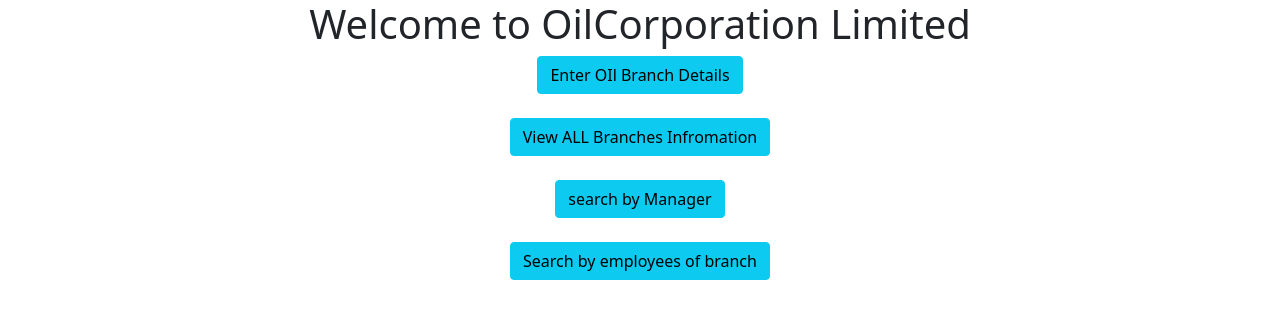
Repository: veerrajuMareddi/demo
Page: http://localhost/OilCorporation/views/index.jsp
These files come from the project's save history. The page is drawn as it stood at one moment and after the next save; the edit follows.
The browser window is 1280 px wide. The pictures show the whole page.
The page is served by Tomcat 9.

Above is the page before, as saved 2022-05-04 03:46:36.

After the next save:
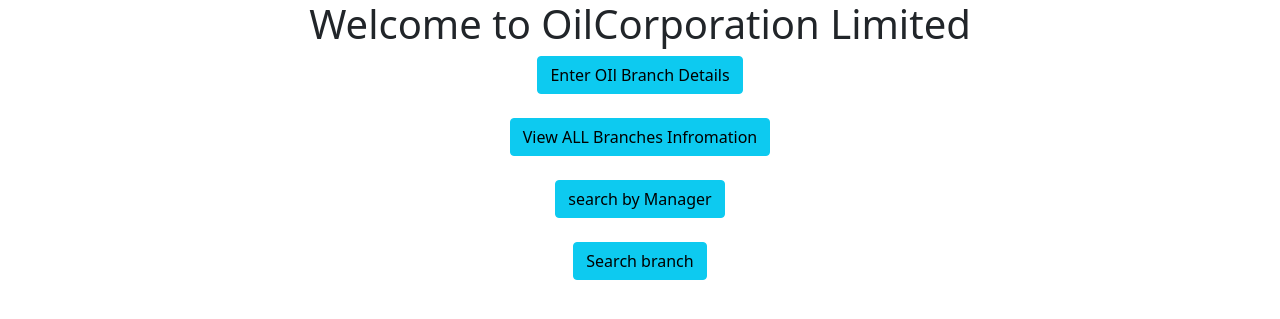
Saved 13 s later.
--- a/OilCorporation/src/main/webapp/views/index.jsp
+++ b/OilCorporation/src/main/webapp/views/index.jsp
@@ -27,7 +27,7 @@
 <a class="btn btn-info" href="/src/child">search by Manager</a>
 <br>
 <br>
-<a class="btn btn-info" href="/src/parent">Search by employees of branch</a>
+<a class="btn btn-info" href="/src/parent">Search branch</a>
 </center>
 </body>
 </html>
